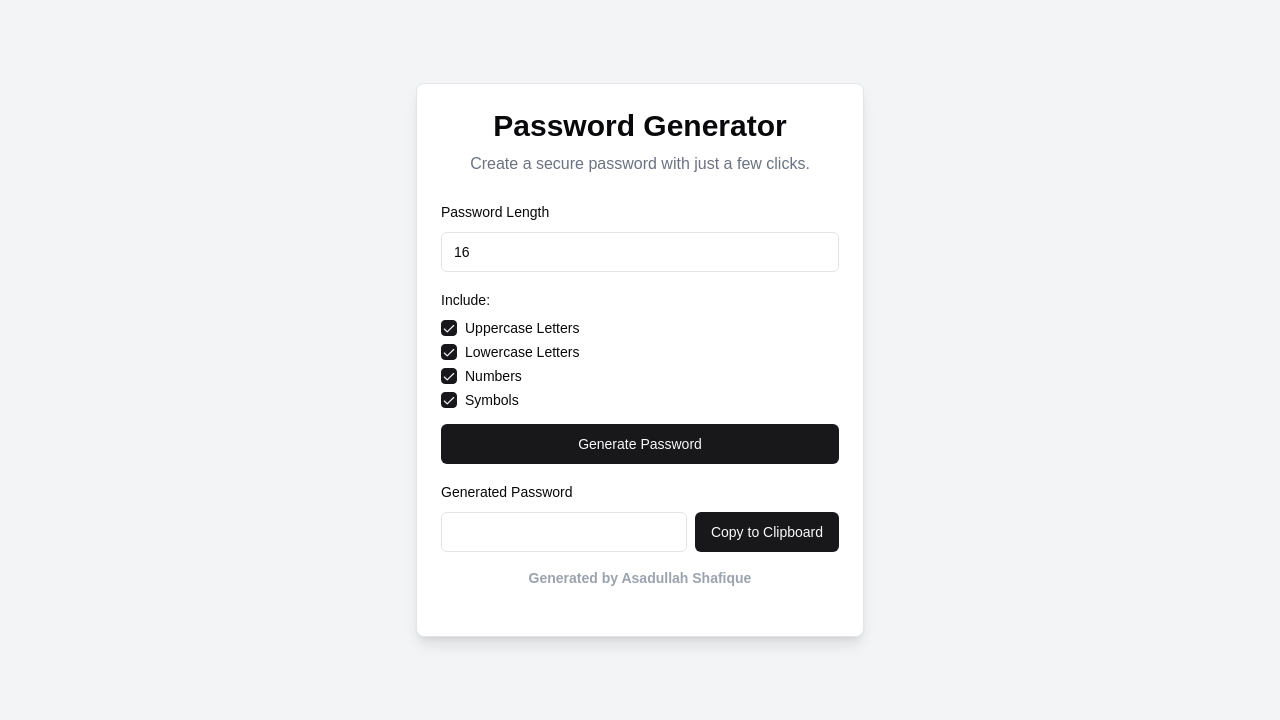
Repository: asadullah48/10_password_generator_app
Page: /
The author's editor kept a copy of each file at every save. The page is drawn from the files as they stood at one save, then again after a run of saves.
The browser window is 1280 px wide. The pictures show the whole page.
The project was rebuilt for these pictures with package versions that can differ from the ones it lists, and the page was loaded fresh each time. The framework's server and built-in components were replaced by stand-ins that run in the browser. Also part of the build but not shown: next.config.mjs.

Above is the page before, as saved 2024-10-20 10:10:24.

After the next 2 saves:
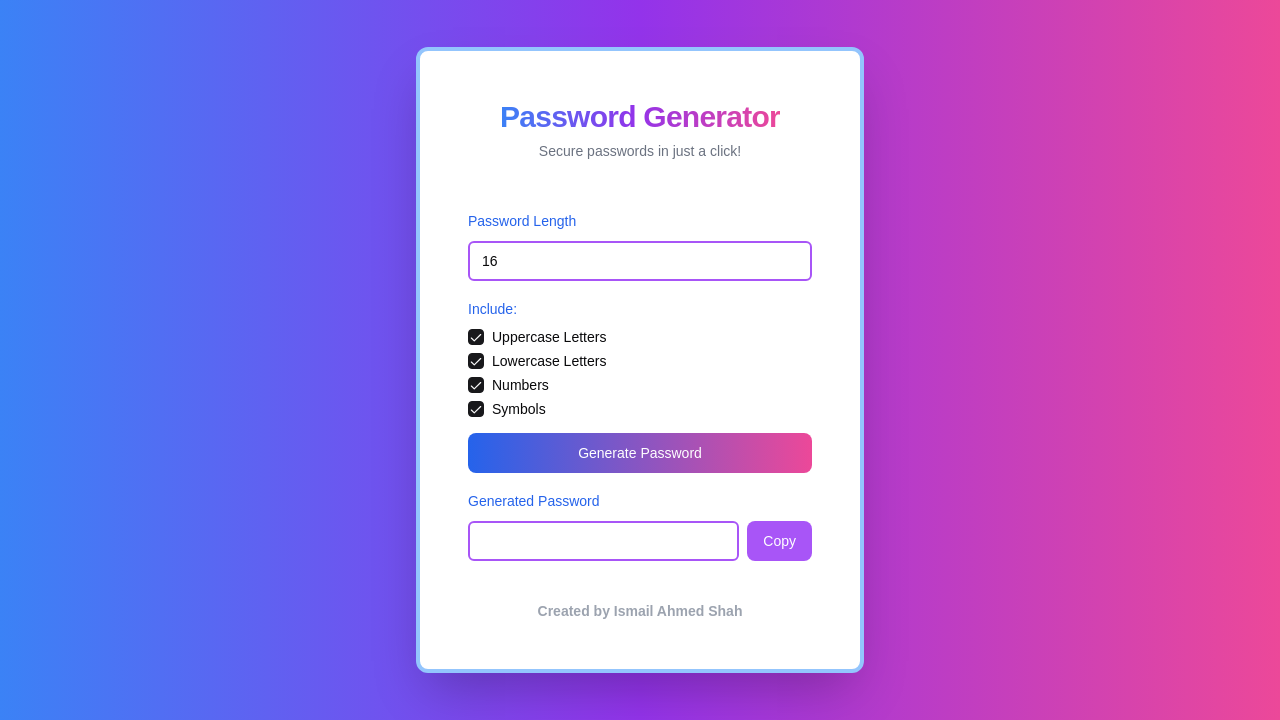
The 2 saves are shown as one change because they came seconds apart.
The last was saved 2 h 14 min later.
--- a/components/password-generator.tsx
+++ b/components/password-generator.tsx
@@ -1,9 +1,6 @@
-"use client"; // Enables client-side rendering for this component
+"use client";
 
-// Import necessary hooks from React
 import { useState, ChangeEvent } from "react";
-
-// Import custom UI components from the UI directory
 import {
   Card,
   CardHeader,
@@ -15,12 +12,9 @@ import {
 import { Label } from "@/components/ui/label";
 import { Input } from "@/components/ui/input";
 import { Checkbox } from "@/components/ui/checkbox";
-import { CheckedState } from "@radix-ui/react-checkbox";
 import { Button } from "@/components/ui/button";
 
-// Default export of the GeneratePasswordComponent function
-export default function GeneratePassword() {
-  // State hooks for managing password generation options and the generated password
+export default function GeneratePasswordComponent() {
   const [length, setLength] = useState<number>(16);
   const [includeUppercase, setIncludeUppercase] = useState<boolean>(true);
   const [includeLowercase, setIncludeLowercase] = useState<boolean>(true);
@@ -28,12 +22,10 @@ export default function GeneratePassword() {
   const [includeSymbols, setIncludeSymbols] = useState<boolean>(true);
   const [password, setPassword] = useState<string>("");
 
-  // Handler for updating the length state on input change
   const handleLengthChange = (e: ChangeEvent<HTMLInputElement>): void => {
     setLength(Number(e.target.value));
   };
 
-  // Function to generate a password based on selected options
   const generatePassword = (): void => {
     const uppercaseChars = "ABCDEFGHIJKLMNOPQRSTUVWXYZ";
     const lowercaseChars = "abcdefghijklmnopqrstuvwxyz";
@@ -47,70 +39,63 @@ export default function GeneratePassword() {
     if (includeSymbols) allChars += symbolChars;
 
     if (allChars === "") {
-      alert("Please select at least one character type."); // Alert if no character types are selected
+      alert("Please select at least one character type.");
       return;
     }
 
     let generatedPassword = "";
     for (let i = 0; i < length; i++) {
       const randomIndex = Math.floor(Math.random() * allChars.length);
-      generatedPassword += allChars[randomIndex]; // Generate password character by character
+      generatedPassword += allChars[randomIndex];
     }
-    setPassword(generatedPassword); // Set the generated password state
+    setPassword(generatedPassword);
   };
 
-  // Function to copy the password to the clipboard
   const copyToClipboard = (): void => {
     navigator.clipboard.writeText(password).then(
-      () => {
-        alert("Password copied to clipboard!"); // Alert on successful copy
-      },
-      (err) => {
-        alert("Failed to copy password to clipboard."); // Alert on failed copy
-      }
+      () => alert("Password copied to clipboard!"),
+      () => alert("Failed to copy password.")
     );
   };
 
-  // Handler for updating the checkbox states
   const handleCheckboxChange =
     (setter: (value: boolean) => void) =>
-    (checked: CheckedState): void => {
-      if (typeof checked === "boolean") {
-        setter(checked);
-      }
+    (checked: boolean | "indeterminate"): void => {
+      setter(checked !== "indeterminate" && checked);
     };
 
-  // JSX return statement rendering the password generator UI
   return (
-    <div className="flex flex-col items-center justify-center min-h-screen bg-gray-100 dark:bg-gray-900">
-      {/* Center the password generator card within the screen */}
-      <Card className="w-full max-w-md p-6 bg-white dark:bg-gray-800 shadow-lg rounded-lg">
+    <div className="flex flex-col items-center justify-center min-h-screen bg-gradient-to-r from-blue-500 via-purple-600 to-pink-500">
+      <Card className="w-full max-w-md p-6 bg-white dark:bg-gray-800 shadow-2xl rounded-xl border-4 border-blue-300">
         <div className="mx-auto max-w-md space-y-6">
-          {/* Header with title and description */}
-          <div className="space-y-2 text-center">
-            <h1 className="text-3xl font-bold">Password Generator</h1>
-            <p className="text-gray-500 dark:text-gray-400">
-              Create a secure password with just a few clicks.
-            </p>
-          </div>
-          {/* Main content area for password options and input */}
-          <div className="space-y-4">
-            {/* Input for password length */}
+          <CardHeader>
+          <CardTitle className="text-3xl font-bold text-center">
+  <span className="text-transparent bg-clip-text bg-gradient-to-r from-blue-500 to-purple-600">Password</span>
+  <span className="text-transparent bg-clip-text bg-gradient-to-r from-purple-600 to-pink-500">
+    {" "}
+    Generator
+  </span>
+</CardTitle>
+
+            <CardDescription className="text-gray-500 dark:text-gray-400 text-center">
+              Secure passwords in just a click!
+            </CardDescription>
+          </CardHeader>
+          <CardContent className="space-y-4">
             <div className="space-y-2">
-              <Label htmlFor="length">Password Length</Label>
+              <Label htmlFor="length" className="text-blue-600">Password Length</Label>
               <Input
                 id="length"
                 type="number"
                 min="8"
-                max="32"
+                max="50"
                 value={length}
                 onChange={handleLengthChange}
-                className="w-full"
+                className="w-full border-2 border-purple-500"
               />
             </div>
-            {/* Checkboxes for character type inclusion */}
             <div className="space-y-2">
-              <Label>Include:</Label>
+              <Label className="text-blue-600">Include:</Label>
               <div className="flex items-center space-x-2">
                 <Checkbox
                   id="uppercase"
@@ -144,34 +129,45 @@ export default function GeneratePassword() {
                 <Label htmlFor="symbols">Symbols</Label>
               </div>
             </div>
-            {/* Button to generate password */}
-            <Button type="button" className="w-full" onClick={generatePassword}>
-              Generate Password
-            </Button>
-            {/* Display the generated password and button to copy */}
+            <Button
+  type="button"
+  className="w-full bg-gradient-to-r from-blue-600 to-pink-500 hover:from-blue-700 hover:via-purple-600 hover:to-pink-600 text-white py-2 rounded-lg"
+  onClick={generatePassword}
+>
+  Generate Password
+</Button>
+
             <div className="space-y-2">
-              <Label htmlFor="password">Generated Password</Label>
+              <Label htmlFor="password" className="text-blue-600">Generated Password</Label>
               <div className="flex items-center space-x-2">
                 <Input
                   id="password"
                   type="text"
                   value={password}
                   readOnly
-                  className="flex-1"
+                  className="flex-1 border-2 border-purple-500"
                 />
-                <Button type="button" onClick={copyToClipboard}>
-                  Copy to Clipboard
+                <Button
+                  type="button"
+                  className="bg-purple-500 hover:bg-purple-600 text-white rounded-lg"
+                  onClick={copyToClipboard}
+                >
+                  Copy
                 </Button>
               </div>
             </div>
-          </div>
+          </CardContent>
         </div>
         <CardFooter className="flex justify-center mt-4">
   <p className="text-sm text-gray-400 dark:text-gray-400 font-semibold mb-0">
-    Generated by Asadullah Shafique
+    Created by Ismail Ahmed Shah
   </p>
 </CardFooter>
+
       </Card>
-</div>
+
+    </div>
+
   );
+
 }
